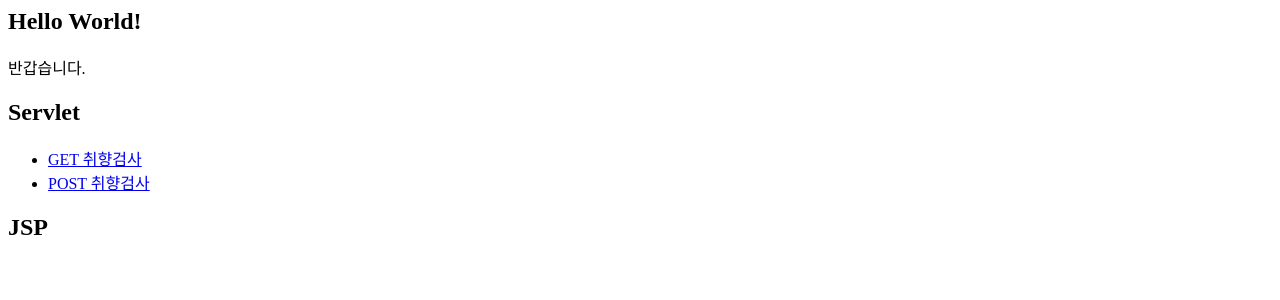
Repository: hjh705/web_server_workspace
Page: http://localhost/hello-web/
These files come from the project's save history. The page is drawn as it stood at one moment and after the next save; the edit follows.
The browser window is 1280 px wide. The pictures show the whole page.
The page is served by Tomcat 9. Other server files are loaded and not shown.

Above is the page before, as saved 2023-12-06 06:17:35.

### hello-web/src/main/webapp/index.jsp
<%@ page language="java" contentType="text/html; charset=UTF-8"
            pageEncoding="UTF-8" %>
<html>
<head>
	<meta charset="utf-8">
	<title>Hello Wed</title>
</head>
<body>
<h2>Hello World!</h2>
	<p>반갑습니다.</p>

	<h2>Servlet</h2>

	<ul>
		<li>
			<!-- 서버 절대주소 요청시 /hello-web context-path(앱이름)를 반드시 포함해야 한다 -->
			<a href="/hello-web/servlet/01_testPerson.html">GET 취향검사</a>
		</li>
		<li>
			<a href="/hello-web/servlet/02_testPerson.html">POST 취향검사</a>
		</li>
	</ul>

	<h2>JSP</h2>
</body>
</html>

After the next save:
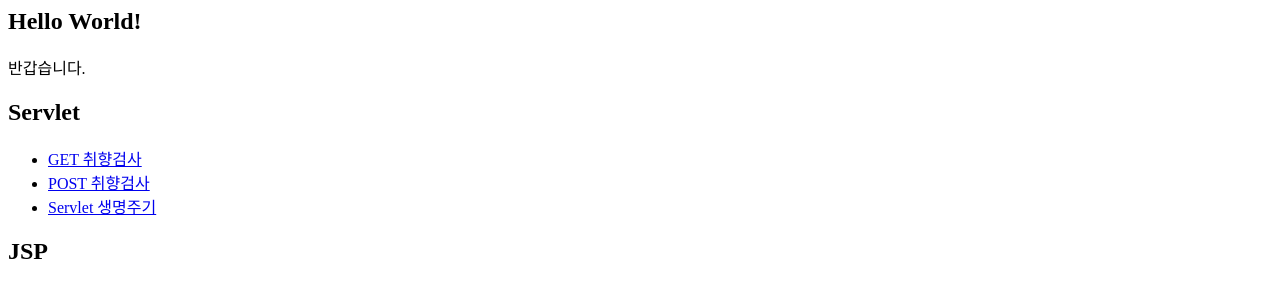
Saved 20 s later.
--- a/hello-web/src/main/webapp/index.jsp
+++ b/hello-web/src/main/webapp/index.jsp
@@ -19,6 +19,9 @@
 		<li>
 			<a href="/hello-web/servlet/02_testPerson.html">POST 취향검사</a>
 		</li>
+		<li>
+			<a href="/hello-web/lifecycle.do">Servlet 생명주기</a>
+		</li>
 	</ul>
 
 	<h2>JSP</h2>
